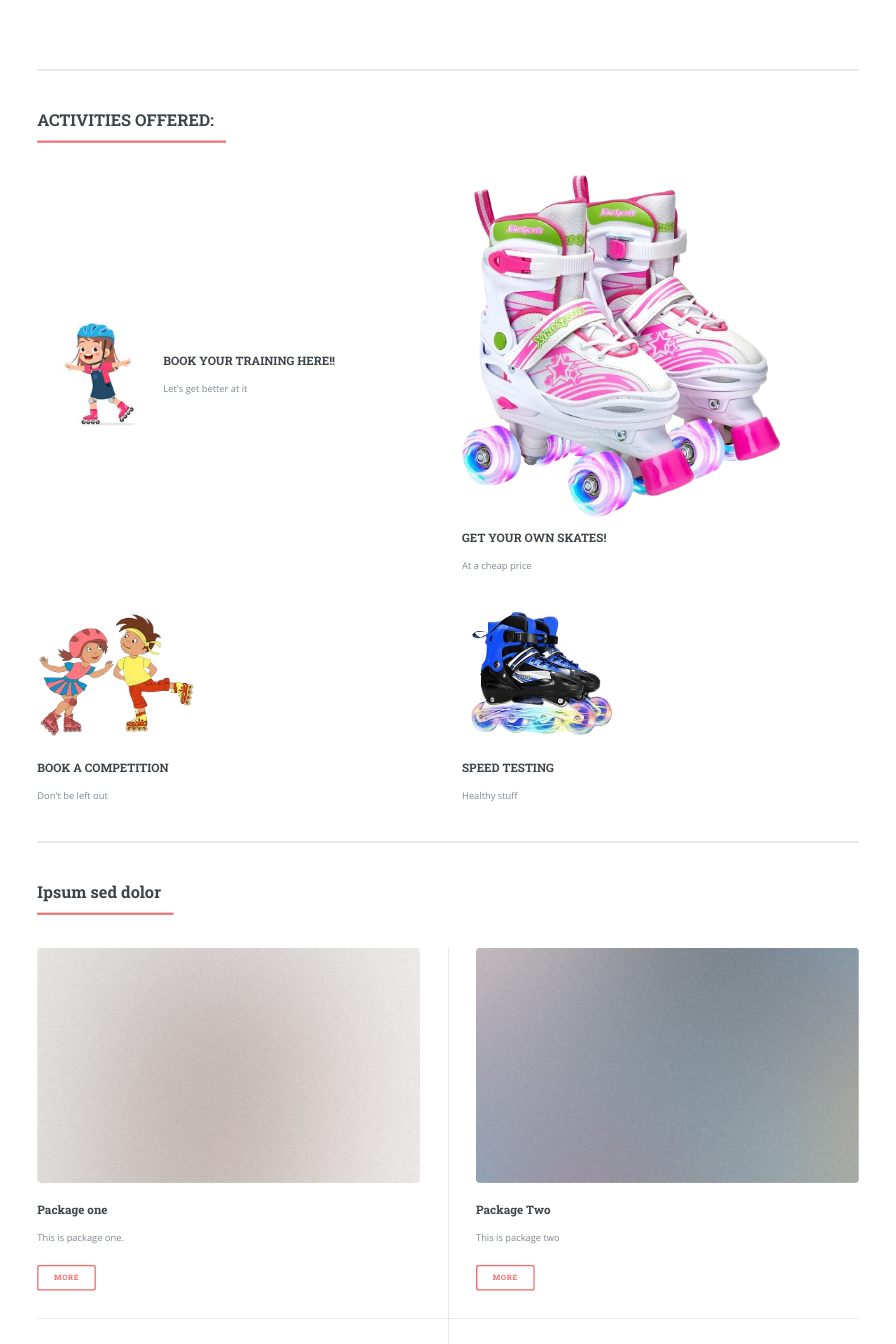
Repository: rachel648/New_Elite
Page: index.html
These files come from the project's save history. The page is drawn as it stood at one moment and after the next save; the edit follows.
The browser window is 1280 px wide. The pictures show the part of the page from y = 707 to 2627 px (the page is 3747 px tall before and 3326 px after), at 70% of full size.

Above is the page before, as saved 2024-10-14 13:54:04.

After the next save:
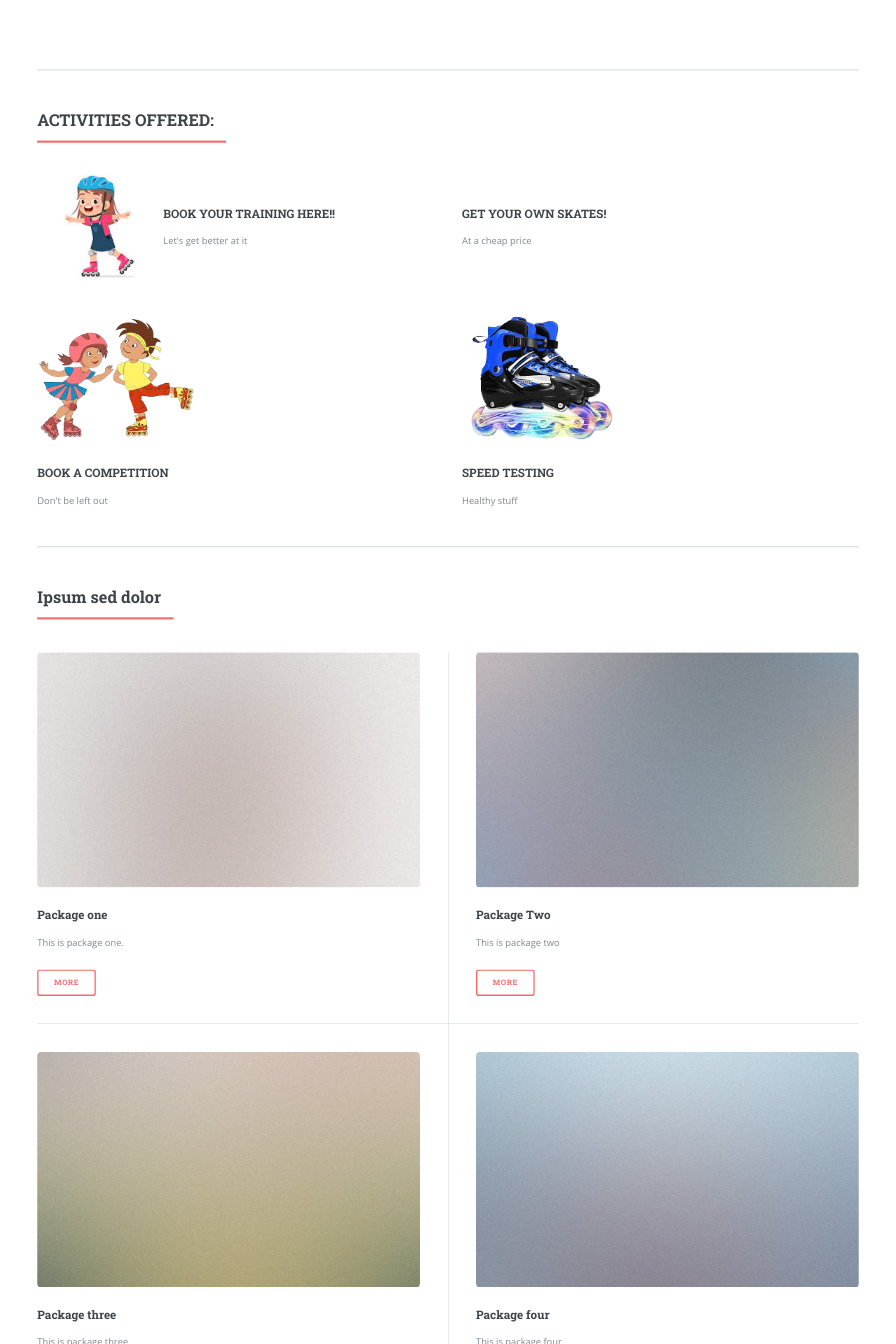
Not found: images/pinkskates.jpg-removebg-preview1.png
Saved 6 min 42 s later.
--- a/index.html
+++ b/index.html
@@ -61,7 +61,7 @@
 										</article>
 										<article>
 											<span class="image object">
-										<img src="images/pinkskates.jpg-removebg-preview.png" alt="" />
+										<img src="images/pinkskates.jpg-removebg-preview1.png" alt="" />
 											<div class="content">
 												<h3>GET YOUR OWN SKATES!</h3>
 												<p>At a cheap price</p>

After the 3 saves that followed:
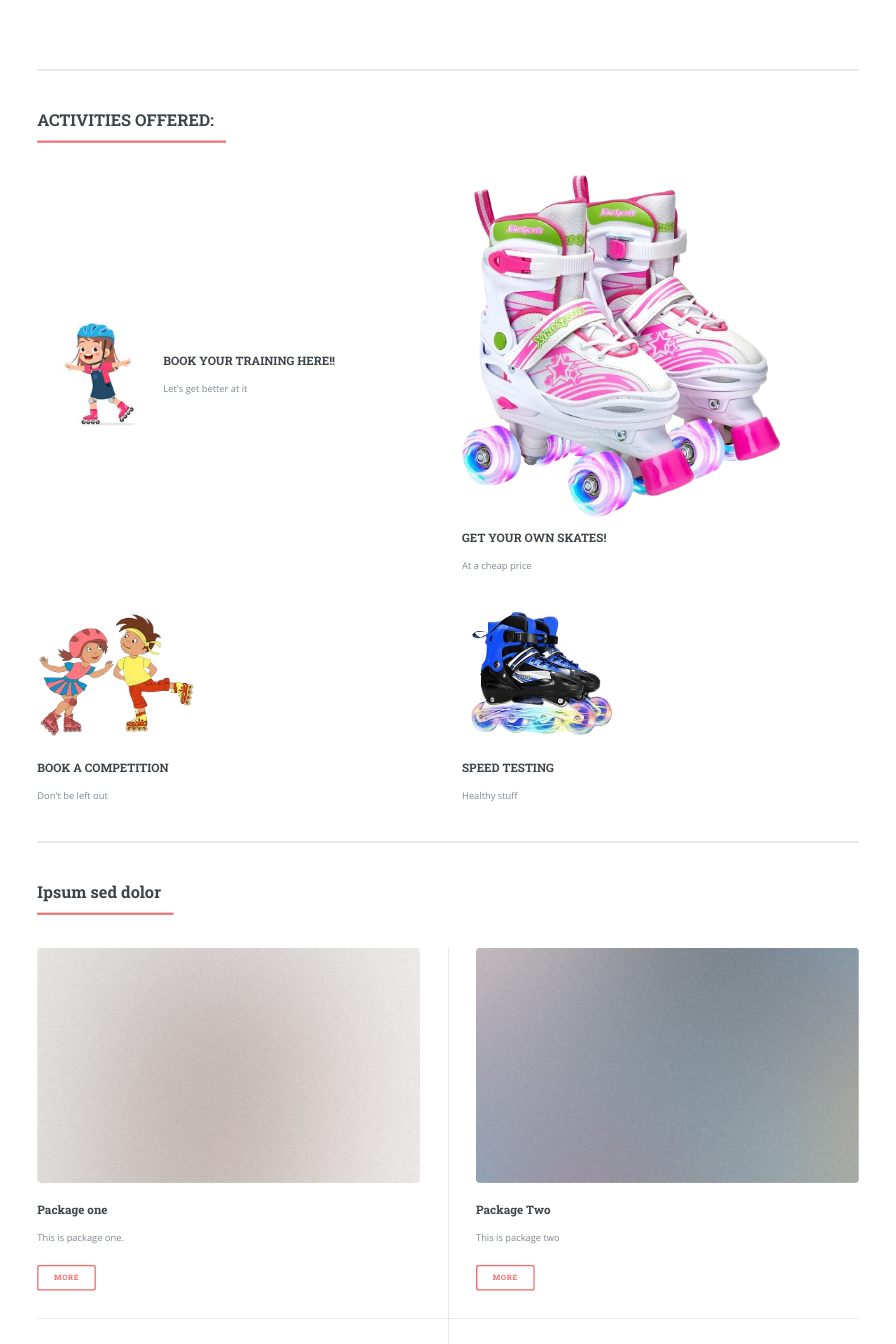
The 3 saves are shown as one change because 2 left the picture as it was.
The last was saved 2 min 1 s later.
--- a/index.html
+++ b/index.html
@@ -61,7 +61,7 @@
 										</article>
 										<article>
 											<span class="image object">
-										<img src="images/pinkskates.jpg-removebg-preview1.png" alt="" />
+										<img src="images/pinkskates.jpg-removebg-preview.png" alt="" />
 											<div class="content">
 												<h3>GET YOUR OWN SKATES!</h3>
 												<p>At a cheap price</p>
